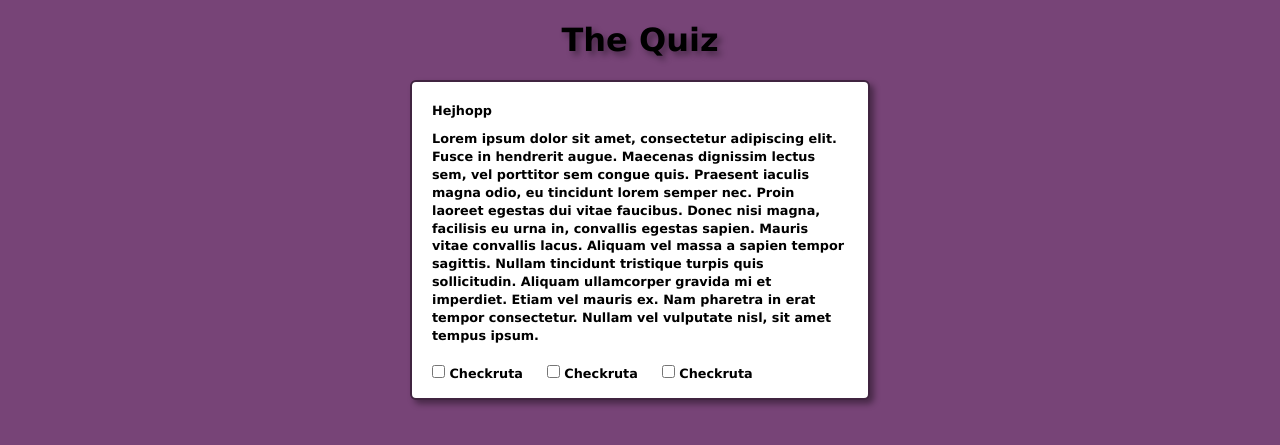
Repository: jk222rp/1dv403-laborationer
Page: 4-thequiz/index.html
The author's editor kept a record of every edit. The page is drawn from the files as they stood at one moment, then again after the next edit.
The browser window is 1280 px wide. The pictures show the whole page.
The page's requests for data from a server got no answer.

Above is the page before.

After the next edit:
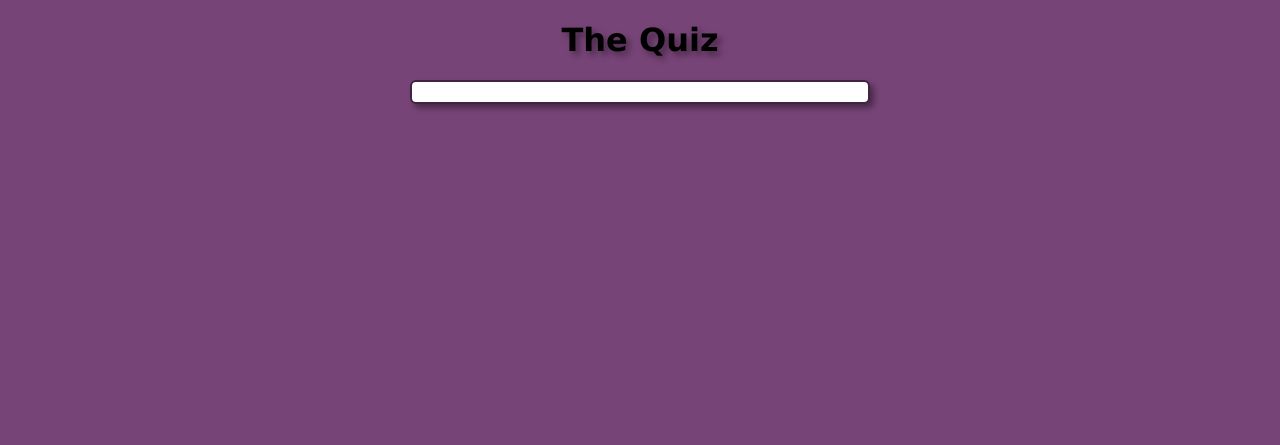
The edit:
--- a/4-thequiz/index.html
+++ b/4-thequiz/index.html
@@ -15,11 +15,7 @@
             </div>
 
             <div id="content">
-                <p>Hejhopp</p>
-                <p>Lorem ipsum dolor sit amet, consectetur adipiscing elit. Fusce in hendrerit augue. Maecenas dignissim lectus sem, vel porttitor sem congue quis. Praesent iaculis magna odio, eu tincidunt lorem semper nec. Proin laoreet egestas dui vitae faucibus. Donec nisi magna, facilisis eu urna in, convallis egestas sapien. Mauris vitae convallis lacus. Aliquam vel massa a sapien tempor sagittis. Nullam tincidunt tristique turpis quis sollicitudin. Aliquam ullamcorper gravida mi et imperdiet. Etiam vel mauris ex. Nam pharetra in erat tempor consectetur. Nullam vel vulputate nisl, sit amet tempus ipsum.</p>
-                <label><input type="checkbox" name="val" value="1"> Checkruta</label>
-                <label><input type="checkbox" name="val" value="2"> Checkruta</label>
-                <label><input type="checkbox" name="val" value="3"> Checkruta</label>
+
             </div>
         </div>
     </body>
